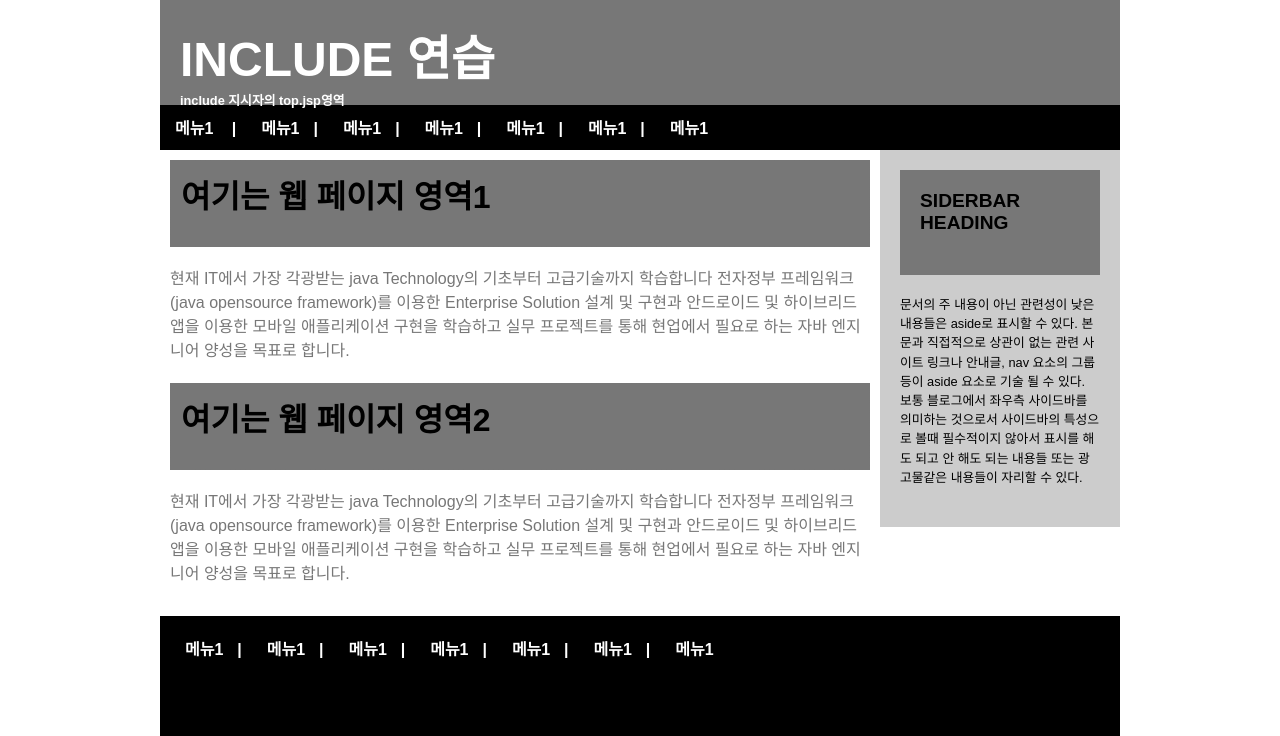
Repository: kol0372/woo
Page: http://localhost/jsp_1110re/
An editor plug-in stored every save of this project. The page is shown before and after a run of saves, followed by the edit.
The browser window is 1280 px wide. The pictures show the whole page.
Some web libraries are served in a nearby version. The page is served by Tomcat 9. Other server files are loaded and not shown.

Above is the page before, as saved 2014-11-10 02:50:27.

### jspworkspace/jsp_1110re/WebContent/index.jsp
<%@ page language="java" contentType="text/html; charset=EUC-KR"
	pageEncoding="EUC-KR"%>
<!-- top -->
<!DOCTYPE html>
<html>
<head>
<meta charset="EUC-KR">
<title>Insert title here</title>
<link rel="stylesheet"  href="css/style.css" type="text/css">
<script src="//code.jquery.com/jquery-1.11.0.min.js"></script>
<script src="//code.jquery.com/jquery-migrate-1.2.1.min.js"></script>
<script>
	$(document).ready(function() {

	});
</script>
</head>
<body>

		<header class="hd">
			<h1> Include 연습 </h1>
			<h2> include 지시자의 top.jsp영역</h2>
		</header>
		<nav>
			   <ul>
					<li><a href="">메뉴1 </a>&nbsp; |</li>
					<li><a href="">메뉴1</a>&nbsp; |</li>
					<li><a href="">메뉴1</a>&nbsp; |</li>
					<li><a href="">메뉴1</a>&nbsp; |</li>
					<li><a href="">메뉴1</a>&nbsp; |</li>
					<li><a href="">메뉴1</a>&nbsp; |</li>
					<li><a href="">메뉴1</a></li>
				</ul>
			</nav>
<!-- top end -->
<!-- content start -->
		 <article>
		 	<header><h2>여기는 웹 페이지 영역1</h2></header>

		 	<p>
		 		현재 IT에서 가장 각광받는 java Technology의 기초부터 고급기술까지 학습합니다
전자정부 프레임워크(java opensource framework)를 이용한 Enterprise Solution 설계 및 구현과
안드로이드 및 하이브리드앱을 이용한 모바일 애플리케이션 구현을 학습하고 실무 프로젝트를 통해 현업에서 필요로 하는
자바 엔지니어 양성을 목표로 합니다.
		 	</p>
		 	<section>
		 	<header><h2>여기는 웹 페이지 영역2</h2></header>
		 	<p>
		 		현재 IT에서 가장 각광받는 java Technology의 기초부터 고급기술까지 학습합니다
전자정부 프레임워크(java opensource framework)를 이용한 Enterprise Solution 설계 및 구현과
안드로이드 및 하이브리드앱을 이용한 모바일 애플리케이션 구현을 학습하고 실무 프로젝트를 통해 현업에서 필요로 하는
자바 엔지니어 양성을 목표로 합니다.
		 	</p>
		 	</section>
		 </article>
		 <aside>
        <header>
            <h1>Siderbar Heading</h1>
        </header>
        <p>문서의 주 내용이 아닌 관련성이 낮은 내용들은 aside로 표시할 수 있다.
		본문과 직접적으로 상관이 없는 관련 사이트 링크나 안내글, nav 요소의 그룹 등이 aside 요소로 기술 될 수 있다.
		보통 블로그에서 좌우측 사이드바를 의미하는 것으로서 사이드바의 특성으로 볼때 필수적이지 않아서 표시를 해도 되고 안 해도 되는 내용들 또는 광고물같은 내용들이 자리할 수 있다.</p>

    </aside>
	<!-- content end -->
	<!-- bottom start -->
		 <footer>
		 	<nav>
			   <ul>
					<li><a href="">메뉴1</a>&nbsp; |</li>
					<li><a href="">메뉴1</a>&nbsp; |</li>
					<li><a href="">메뉴1</a>&nbsp; |</li>
					<li><a href="">메뉴1</a>&nbsp; |</li>
					<li><a href="">메뉴1</a>&nbsp; |</li>
					<li><a href="">메뉴1</a>&nbsp; |</li>
					<li><a href="">메뉴1</a></li>
				</ul>
			</nav>
		 </footer>


</body>
</html>
<!-- bottom end -->

### jspworkspace/jsp_1110re/WebContent/css/style.css
@CHARSET "EUC-KR";
html, body, div, h1, h2, h3, h4, h5, h6, p {
	margin: 0;
	padding: 0;
	border: 0;
	outline: 0;
	font-size: 100%;
}

body {
	width: 960px;
	margin: 0 auto;
	font-family: Arial, sans-serif;
	color: #777;
}

p {
	margin-top: 20px;
	margin-bottom: 20px;
	line-height: 150%;
}
.hd h1{

}
header {
	background: #777;
	padding: 20px;
	height: 65px;
	clear: both;
}

body header  h1 {
	font-size: 3.0em;
	text-transform: uppercase;
	color: #fff;
}

body header  h2 {
	font-size: 0.8em;
	color: #fff;

}

body nav {
	height: 25px;
	padding: 10px;
	background: #000;
	color: #FFFFFF;
	font-weight: bold;
	clear: both;
	-moz-border-radius: 20px 0px;
}

body nav ul {
	padding: 0;
	margin: 0;
	list-style: none;
}

nav ul li {
	display: block;
	float: left;
	margin-right: 20px;
}

footer {
	background: #000;
	padding: 10px;
	height: 100px;
	color: #fff;
	clear: both;
}

nav ul li a {
	color: #fff;
	background: #000;
	text-decoration: none;
	padding: 5px;
	margin: 0;
}

nav ul li a:hover {
	background: #777;
}

article {
	width: 700px;
	padding: 10px;
	float: left;
}

article header {
	border: 1px dashed #777;
	padding: 10px;
}

article header h2 {
	color: #000;
	font-size: 2em;
}

time {
	font-size: 0.7em;
	margin-top: 0px;
	margin-bottom: 0px;
}

article section footer {
	border: 1px dashed #777;
	padding: 10px;
}

article>footer {
	font-style: italic;
}

figure {
	margin: 0 auto;
	padding: 20px;
	width: 500px;
	text-align: center;
	border: 1px dashed #ccc;
	clear: both;
}

figure img {
	padding: 10px;
	margin: 0 auto;
}

aside {
	width: 200px;
	padding: 20px;
	float: left;
	background: #ccc;
	color: #000;
	font-size: 0.8em;
}

aside header h1 {
	font-size: 1.5em;
	color: #000;
}

### jspworkspace/jsp_1110re/WebContent/ex1_top.jsp
<%@ page language="java" contentType="text/html; charset=EUC-KR" pageEncoding="EUC-KR"%>
<!-- 2014. 11. 3. -->
<!DOCTYPE html>
<html>
<head>
<meta charset="EUC-KR">
<title>Insert title here</title>
<link rel="stylesheet"  href="css/style.css" type="text/css">
<script src="//code.jquery.com/jquery-1.11.0.min.js"></script>
<script src="//code.jquery.com/jquery-migrate-1.2.1.min.js"></script>
<script>
	$(document).ready(function() {

	});
</script>
</head>
<body>

		<header class="hd">
			<h1> Include 연습 </h1>
			<h2> include 지시자의 top.jsp영역
			<% if(session.getAttribute("MEMBERID")!=null) {
				String uname =(String) session.getAttribute("USERNAME");
			 %>
			 &nbsp;&nbsp;&nbsp;<%=uname %>님 반갑습니다. ^^
			<% } %>
			 </h2>
		</header>
		<nav>
			   <ul>
					<li><a href="ex1_body.jsp">홈</a>&nbsp; |</li>
					<%
					if(session.getAttribute("MEMBERID")==null){
					%>
					<li><a href="join.jsp">회원가입</a>&nbsp; |</li>
					<li><a href="loginForm.jsp">로그인</a>&nbsp; |</li>
					<%
					}else{
					%>
					<li><a href="mypage.jsp">마이페이지</a>&nbsp; |</li>
					<li><a href="loginOut.jsp">로그아웃</a>&nbsp; |</li>
					<% } %>



					<li><a href="bbslist.jsp">게시판</a>&nbsp; |</li>
					<li><a href="">메뉴1</a>&nbsp; |</li>
					<li><a href="">메뉴1</a>&nbsp; |</li>
					<li><a href="">메뉴1</a></li>
				</ul>
			</nav>

After the next 2 saves:
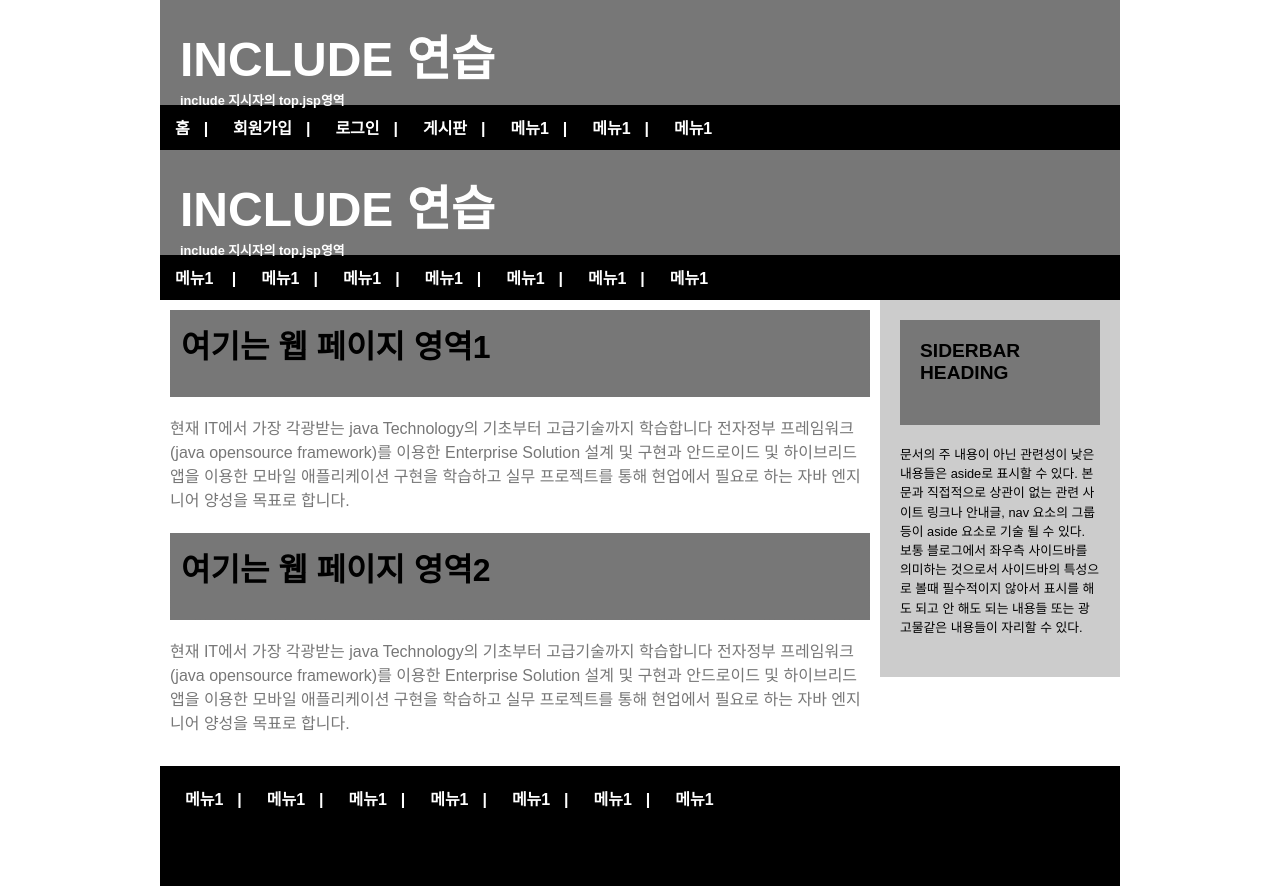
The 2 saves are shown as one change because 1 did not build or start.
The last was saved 84 s later.
--- a/jspworkspace/jsp_1110re/WebContent/index.jsp
+++ b/jspworkspace/jsp_1110re/WebContent/index.jsp
@@ -1,12 +1,13 @@
 <%@ page language="java" contentType="text/html; charset=EUC-KR"
 	pageEncoding="EUC-KR"%>
+<%@include file="ex1_top.jsp"%>
 <!-- top -->
 <!DOCTYPE html>
 <html>
 <head>
 <meta charset="EUC-KR">
 <title>Insert title here</title>
-<link rel="stylesheet"  href="css/style.css" type="text/css">
+<link rel="stylesheet" href="css/style.css" type="text/css">
 <script src="//code.jquery.com/jquery-1.11.0.min.js"></script>
 <script src="//code.jquery.com/jquery-migrate-1.2.1.min.js"></script>
 <script>
@@ -17,66 +18,67 @@
 </head>
 <body>
 
-		<header class="hd">
-			<h1> Include 연습 </h1>
-			<h2> include 지시자의 top.jsp영역</h2>
+	<header class="hd">
+		<h1>Include 연습</h1>
+		<h2>include 지시자의 top.jsp영역</h2>
+	</header>
+	<nav>
+		<ul>
+			<li><a href="">메뉴1 </a>&nbsp; |</li>
+			<li><a href="">메뉴1</a>&nbsp; |</li>
+			<li><a href="">메뉴1</a>&nbsp; |</li>
+			<li><a href="">메뉴1</a>&nbsp; |</li>
+			<li><a href="">메뉴1</a>&nbsp; |</li>
+			<li><a href="">메뉴1</a>&nbsp; |</li>
+			<li><a href="">메뉴1</a></li>
+		</ul>
+	</nav>
+	<!-- top end -->
+	<!-- content start -->
+	<article>
+		<header>
+			<h2>여기는 웹 페이지 영역1</h2>
 		</header>
-		<nav>
-			   <ul>
-					<li><a href="">메뉴1 </a>&nbsp; |</li>
-					<li><a href="">메뉴1</a>&nbsp; |</li>
-					<li><a href="">메뉴1</a>&nbsp; |</li>
-					<li><a href="">메뉴1</a>&nbsp; |</li>
-					<li><a href="">메뉴1</a>&nbsp; |</li>
-					<li><a href="">메뉴1</a>&nbsp; |</li>
-					<li><a href="">메뉴1</a></li>
-				</ul>
-			</nav>
-<!-- top end -->
-<!-- content start -->
-		 <article>
-		 	<header><h2>여기는 웹 페이지 영역1</h2></header>
 
-		 	<p>
-		 		현재 IT에서 가장 각광받는 java Technology의 기초부터 고급기술까지 학습합니다
-전자정부 프레임워크(java opensource framework)를 이용한 Enterprise Solution 설계 및 구현과
-안드로이드 및 하이브리드앱을 이용한 모바일 애플리케이션 구현을 학습하고 실무 프로젝트를 통해 현업에서 필요로 하는
-자바 엔지니어 양성을 목표로 합니다.
-		 	</p>
-		 	<section>
-		 	<header><h2>여기는 웹 페이지 영역2</h2></header>
-		 	<p>
-		 		현재 IT에서 가장 각광받는 java Technology의 기초부터 고급기술까지 학습합니다
-전자정부 프레임워크(java opensource framework)를 이용한 Enterprise Solution 설계 및 구현과
-안드로이드 및 하이브리드앱을 이용한 모바일 애플리케이션 구현을 학습하고 실무 프로젝트를 통해 현업에서 필요로 하는
-자바 엔지니어 양성을 목표로 합니다.
-		 	</p>
-		 	</section>
-		 </article>
-		 <aside>
-        <header>
-            <h1>Siderbar Heading</h1>
-        </header>
-        <p>문서의 주 내용이 아닌 관련성이 낮은 내용들은 aside로 표시할 수 있다.
-		본문과 직접적으로 상관이 없는 관련 사이트 링크나 안내글, nav 요소의 그룹 등이 aside 요소로 기술 될 수 있다.
-		보통 블로그에서 좌우측 사이드바를 의미하는 것으로서 사이드바의 특성으로 볼때 필수적이지 않아서 표시를 해도 되고 안 해도 되는 내용들 또는 광고물같은 내용들이 자리할 수 있다.</p>
+		<p>현재 IT에서 가장 각광받는 java Technology의 기초부터 고급기술까지 학습합니다 전자정부
+			프레임워크(java opensource framework)를 이용한 Enterprise Solution 설계 및 구현과
+			안드로이드 및 하이브리드앱을 이용한 모바일 애플리케이션 구현을 학습하고 실무 프로젝트를 통해 현업에서 필요로 하는 자바
+			엔지니어 양성을 목표로 합니다.</p>
+		<section>
+			<header>
+				<h2>여기는 웹 페이지 영역2</h2>
+			</header>
+			<p>현재 IT에서 가장 각광받는 java Technology의 기초부터 고급기술까지 학습합니다 전자정부
+				프레임워크(java opensource framework)를 이용한 Enterprise Solution 설계 및 구현과
+				안드로이드 및 하이브리드앱을 이용한 모바일 애플리케이션 구현을 학습하고 실무 프로젝트를 통해 현업에서 필요로 하는 자바
+				엔지니어 양성을 목표로 합니다.</p>
+		</section>
+	</article>
+	<aside>
+		<header>
+			<h1>Siderbar Heading</h1>
+		</header>
+		<p>문서의 주 내용이 아닌 관련성이 낮은 내용들은 aside로 표시할 수 있다. 본문과 직접적으로 상관이 없는 관련
+			사이트 링크나 안내글, nav 요소의 그룹 등이 aside 요소로 기술 될 수 있다. 보통 블로그에서 좌우측 사이드바를
+			의미하는 것으로서 사이드바의 특성으로 볼때 필수적이지 않아서 표시를 해도 되고 안 해도 되는 내용들 또는 광고물같은 내용들이
+			자리할 수 있다.</p>
 
-    </aside>
+	</aside>
 	<!-- content end -->
 	<!-- bottom start -->
-		 <footer>
-		 	<nav>
-			   <ul>
-					<li><a href="">메뉴1</a>&nbsp; |</li>
-					<li><a href="">메뉴1</a>&nbsp; |</li>
-					<li><a href="">메뉴1</a>&nbsp; |</li>
-					<li><a href="">메뉴1</a>&nbsp; |</li>
-					<li><a href="">메뉴1</a>&nbsp; |</li>
-					<li><a href="">메뉴1</a>&nbsp; |</li>
-					<li><a href="">메뉴1</a></li>
-				</ul>
-			</nav>
-		 </footer>
+	<footer>
+		<nav>
+			<ul>
+				<li><a href="">메뉴1</a>&nbsp; |</li>
+				<li><a href="">메뉴1</a>&nbsp; |</li>
+				<li><a href="">메뉴1</a>&nbsp; |</li>
+				<li><a href="">메뉴1</a>&nbsp; |</li>
+				<li><a href="">메뉴1</a>&nbsp; |</li>
+				<li><a href="">메뉴1</a>&nbsp; |</li>
+				<li><a href="">메뉴1</a></li>
+			</ul>
+		</nav>
+	</footer>
 
 
 </body>
